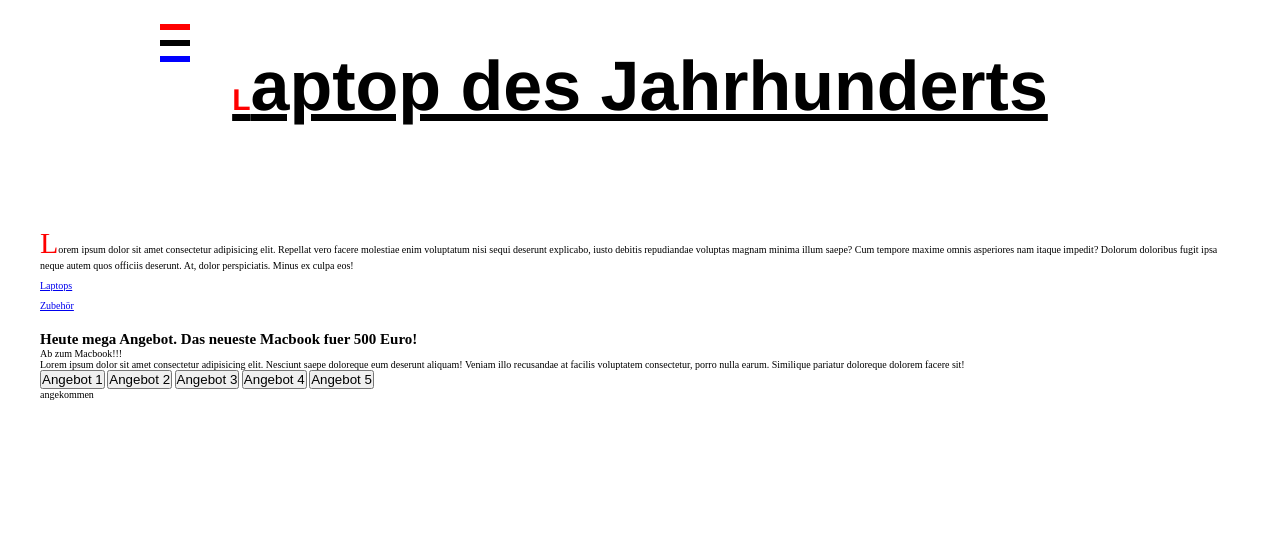
Repository: m0lt/modul_1
Page: 20250708_css_Class_ID/index.html
An editor plug-in stored every save of this project. The page is shown before and after the next save, followed by the edit.
The browser window is 1280 px wide. The pictures show the whole page.
Some web libraries are served in a nearby version.

Above is the page before, as saved 2025-07-07 10:33:47.

### 20250708_css_Class_ID/index.html
<!DOCTYPE html>
<html lang="en">
<head>
    <meta charset="UTF-8">
    <meta name="viewport" content="width=device-width, initial-scale=1.0">
    <link rel="stylesheet" href="./assets/css/styles.css">
    <link rel="stylesheet" href="https://cdnjs.cloudflare.com/ajax/libs/font-awesome/6.1.1/css/all.min.css">
    <title>Document</title>
</head>
<body>
    <header>
        <div class="hamburger"></div>
        <h1>Laptop des Jahrhunderts</h1>
        <p class="bigFirstLetter">Lorem ipsum dolor sit amet consectetur adipisicing elit. Repellat vero facere molestiae enim voluptatum nisi sequi deserunt explicabo, iusto debitis repudiandae voluptas magnam minima illum saepe? Cum tempore maxime omnis asperiores nam itaque impedit? Dolorum doloribus fugit ipsa neque autem quos officiis deserunt. At, dolor perspiciatis. Minus ex culpa eos!</p>
        <ul>
            <li class="listItem"><a href="#backgroudnImg">Laptops</a></li>
            <li><a href="#">Zubehör</a></li>
            <li><a href="#zumFooter"></a></li>
        </ul>
    </header>


    <section id="specialAngebote">
        <h2 class="pseudoElementErzeugen">Heute mega Angebot. Das neueste Macbook fuer 500 Euro! </h2>
            <p>Ab zum Macbook!!! </p>
    </section>
    <section id="backgroundImg">
        <p>
        Lorem ipsum dolor sit amet consectetur adipisicing elit. Nesciunt saepe doloreque eum deserunt aliquam! Veniam illo recusandae at facilis voluptatem consectetur, porro nulla earum. Similique pariatur doloreque dolorem facere sit!
        </p>
    </section>

    <article class="btns">
        <button>Angebot 1</button>
        <button>Angebot 2</button>
        <button>Angebot 3</button>
        <button>Angebot 4</button>
        <button>Angebot 5</button>
    </article>
    <footer id="zumFooter">
        <p>angekommen</p>
    </footer>
</body>


</body>
</html>

### 20250708_css_Class_ID/assets/css/styles.css
*{
    box-sizing: border-box;
    margin: 0;
    padding: 0;
}

html{
    font-size: 10px;
    margin: 20px;
    padding: 20px;
}

:root{
    --primary-color: #3498db;
    --font-size: 16px;
    --margin-bottom: 100px;
}

/* ? ==============HEADER============= */

h1{
    font-family: 'Franklin Gothic Medium', 'Arial Narrow', Arial, sans-serif;
    font-size: 7em;
    text-decoration: underline;
    text-align: center;
    margin-bottom: 100px;
}

header p:nth-of-type(2){
    margin-bottom: 50px;

}

header p::first-letter, h1::first-letter{
    color: red;
    font-size: 30px;
}

li::marker{
    content: "\f256";
    font-size: 20px;
    color: green;
    margin-right: 20px;

}

.hamburger{
    top: 50%;
    left: 10%;
    width: 30px;
    height: 6px;
    background-color: black;
    position: relative;
}

.hamburger::before{
    content: " ";
    top: 16px;
    width: 30px;
    height: 6px;
    background-color: blue;
    position: absolute;

}

.hamburger::after{
    content: " ";
    top: -16px;
    width: 30px;
    height: 6px;
    background-color: red;
    position: absolute;
}

After the next save:
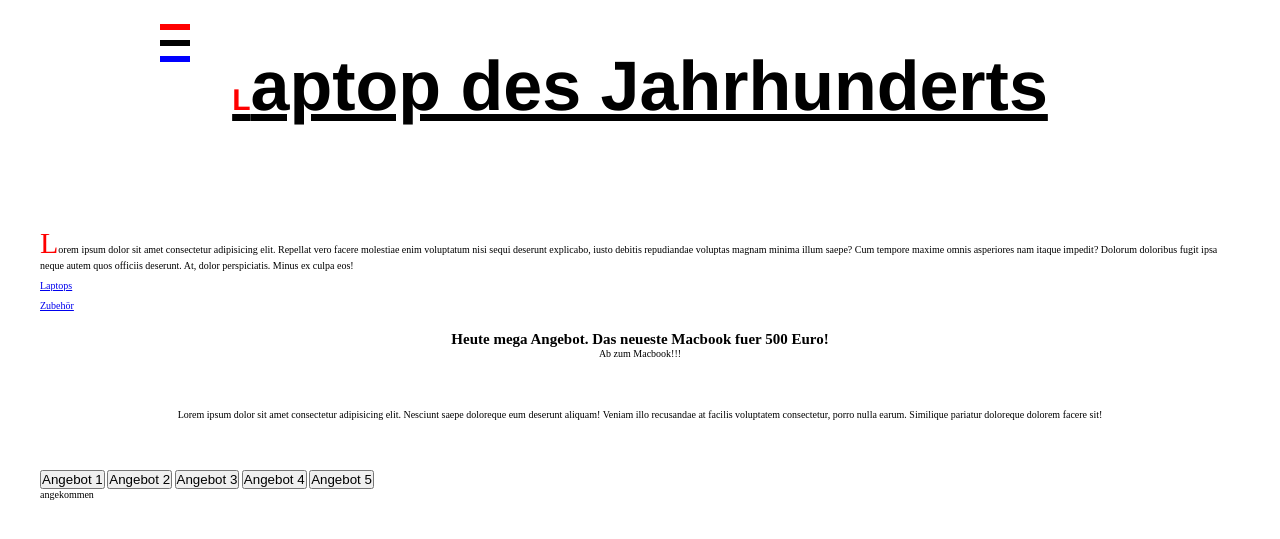
Saved 26 s later.
--- a/20250708_css_Class_ID/assets/css/styles.css
+++ b/20250708_css_Class_ID/assets/css/styles.css
@@ -71,3 +71,8 @@
     background-color: red;
     position: absolute;
 }
+
+section{
+    text-align: center;
+    margin-bottom: 50px;
+}
